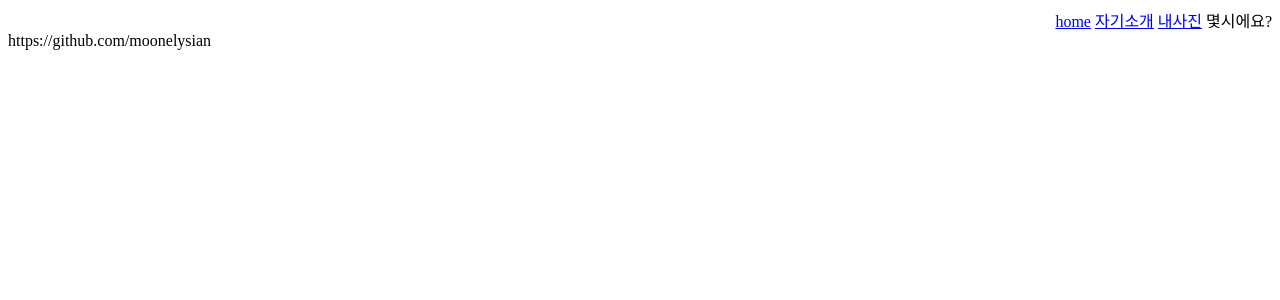
Repository: moonelysian/edwith-
Page: BE_PJT1-1/WebContent/index.html
An editor plug-in stored every save of this project. The page is shown before and after the next save, followed by the edit.
The browser window is 1280 px wide. The pictures show the whole page.

Above is the page before, as saved 2019-08-07 04:58:13.

After the next save:
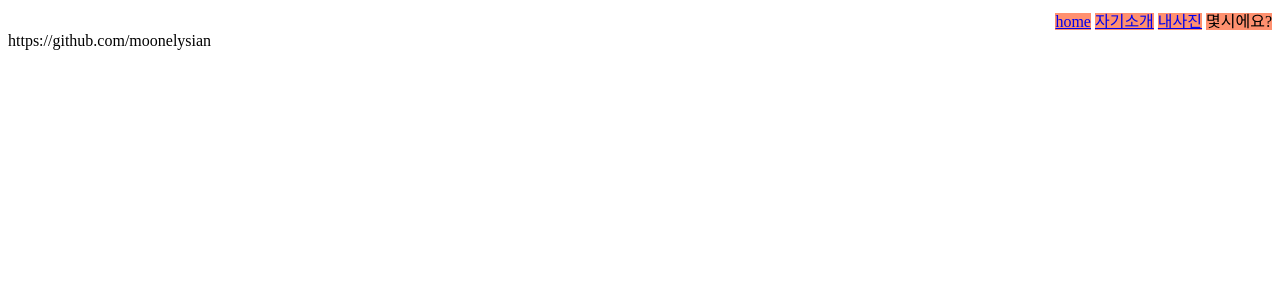
Saved 4 min 39 s later.
--- a/BE_PJT1-1/WebContent/style.css
+++ b/BE_PJT1-1/WebContent/style.css
@@ -1,4 +1,3 @@
 @charset "UTF-8";
-nav {
-	text-align: right;
-}
+nav { text-align: right; }
+a { background-color:  hsla(14, 100%, 53%, 0.6); }
